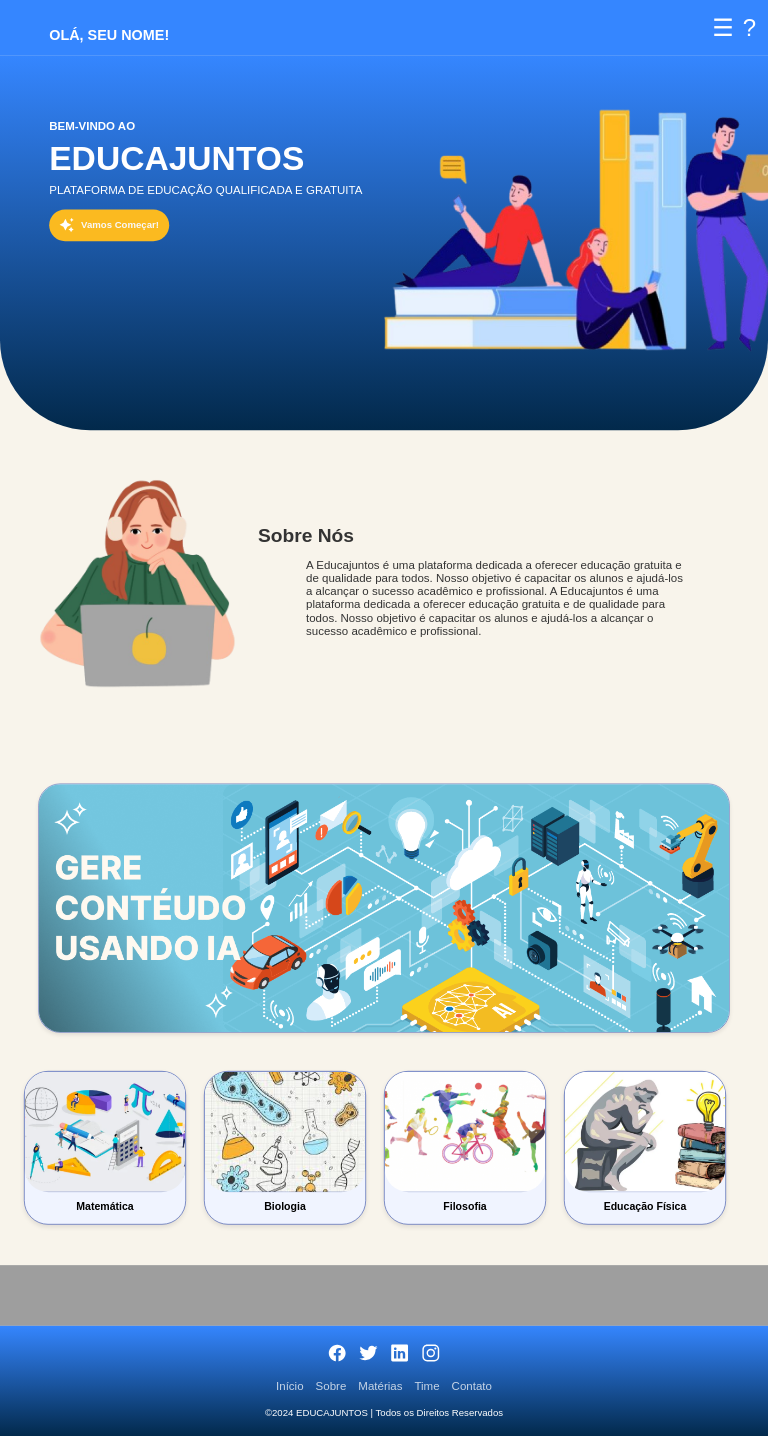
Repository: Matheus904-12/EDUCAJUNTOS
Page: inicio/index.html
The author's editor kept a copy of each file at every save. The page is drawn from the files as they stood at one save, then again after the next save.
The browser window is 1280 px wide. The pictures show the whole page, at 60% of full size.
Pictures or frames that could not be fetched are drawn as grey boxes.

Above is the page before, as saved 2024-10-28 21:09:33.

After the next save:
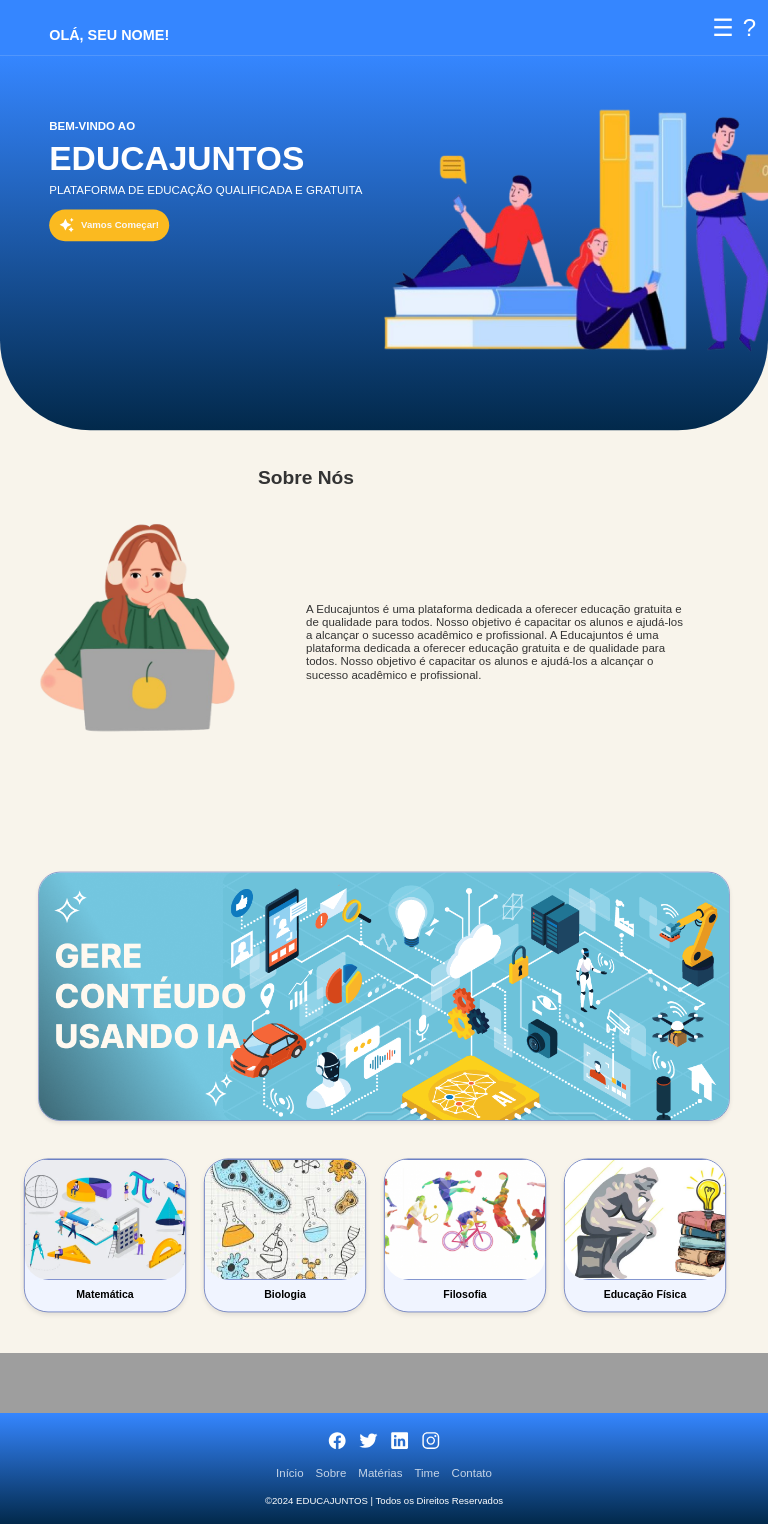
Saved 5 s later.
--- a/inicio/style.css
+++ b/inicio/style.css
@@ -328,7 +328,7 @@
 .about-text p {
     font-size: 1.2em;
     color: #333;
-    padding: 10px 80px;
+    padding: 180px 80px;
 }
 
 /* Estilo do menu dropdown */

After the save that followed:
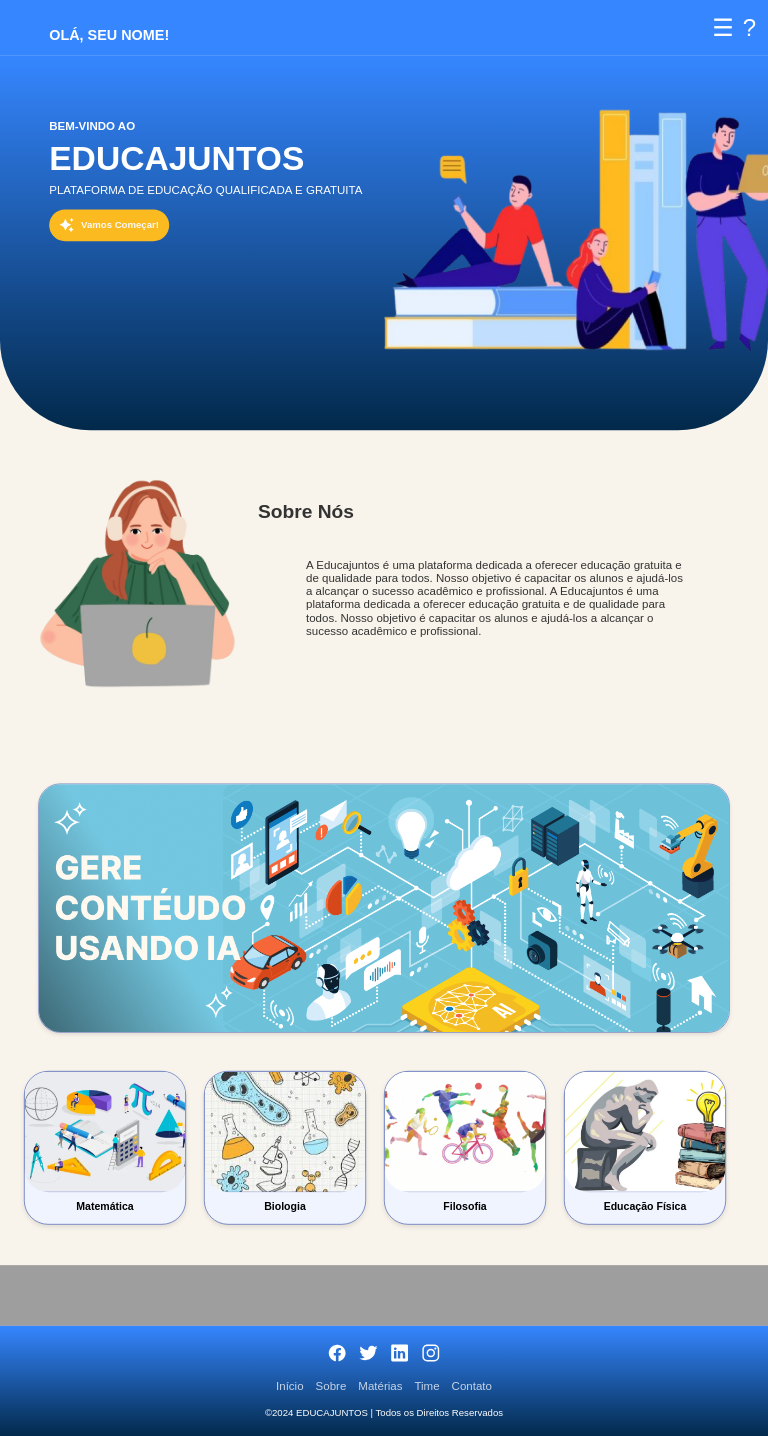
Saved 8 s later.
--- a/inicio/style.css
+++ b/inicio/style.css
@@ -328,7 +328,7 @@
 .about-text p {
     font-size: 1.2em;
     color: #333;
-    padding: 180px 80px;
+    padding: 50px 80px;
 }
 
 /* Estilo do menu dropdown */
